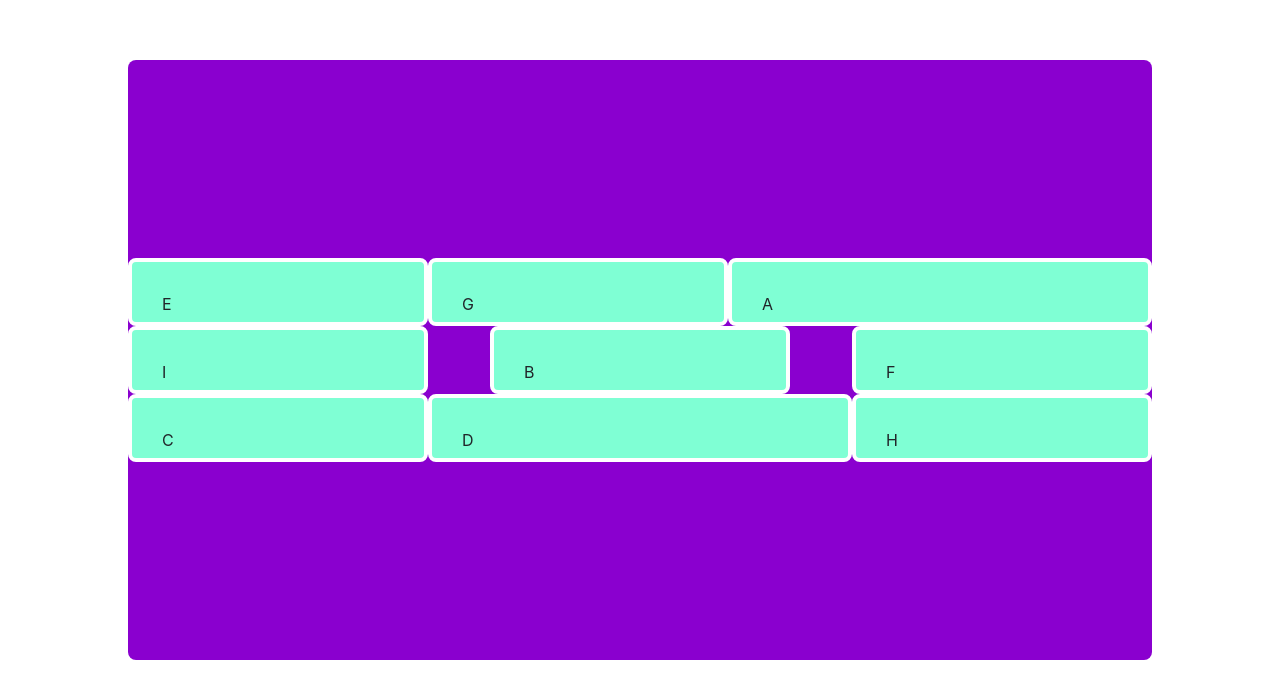
Repository: alessandradiamantino/Curso-Front-End-Design
Page: 1 - Introdução ao HTML e CSS/3 - Layouts, Grids e Flexbox/Bootstrap Grid system/index.html
An editor plug-in stored every save of this project. The page is shown before and after the next save, followed by the edit.
The browser window is 1280 px wide. The pictures show the whole page.

Above is the page before, as saved 2023-04-24 13:51:48.

After the next save:
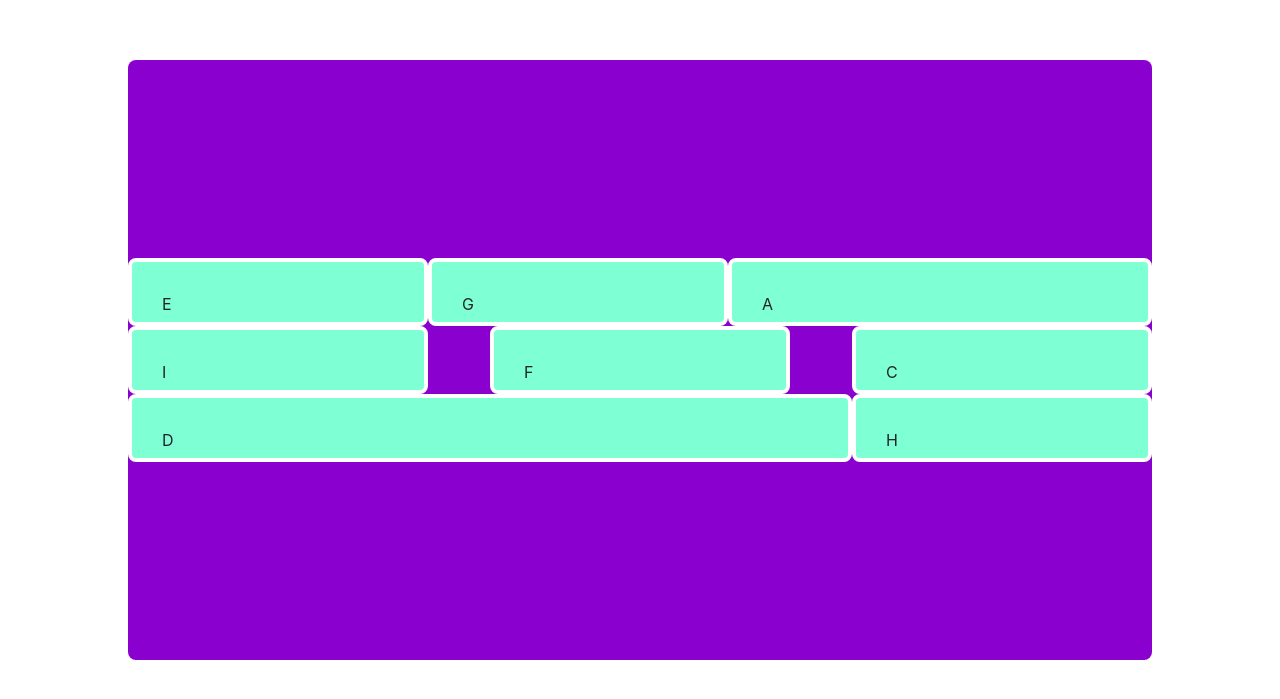
Saved 73 min 52 s later.
--- a/1 - Introdução ao HTML e CSS/3 - Layouts, Grids e Flexbox/Bootstrap Grid system/index.html
+++ b/1 - Introdução ao HTML e CSS/3 - Layouts, Grids e Flexbox/Bootstrap Grid system/index.html
@@ -23,9 +23,6 @@
     <div class="my-item order-1 grow-2" >
       A
     </div>
-    <div class="my-item order-2" >
-      B
-    </div>
     <div class="my-item order-3" >
       C
     </div>
